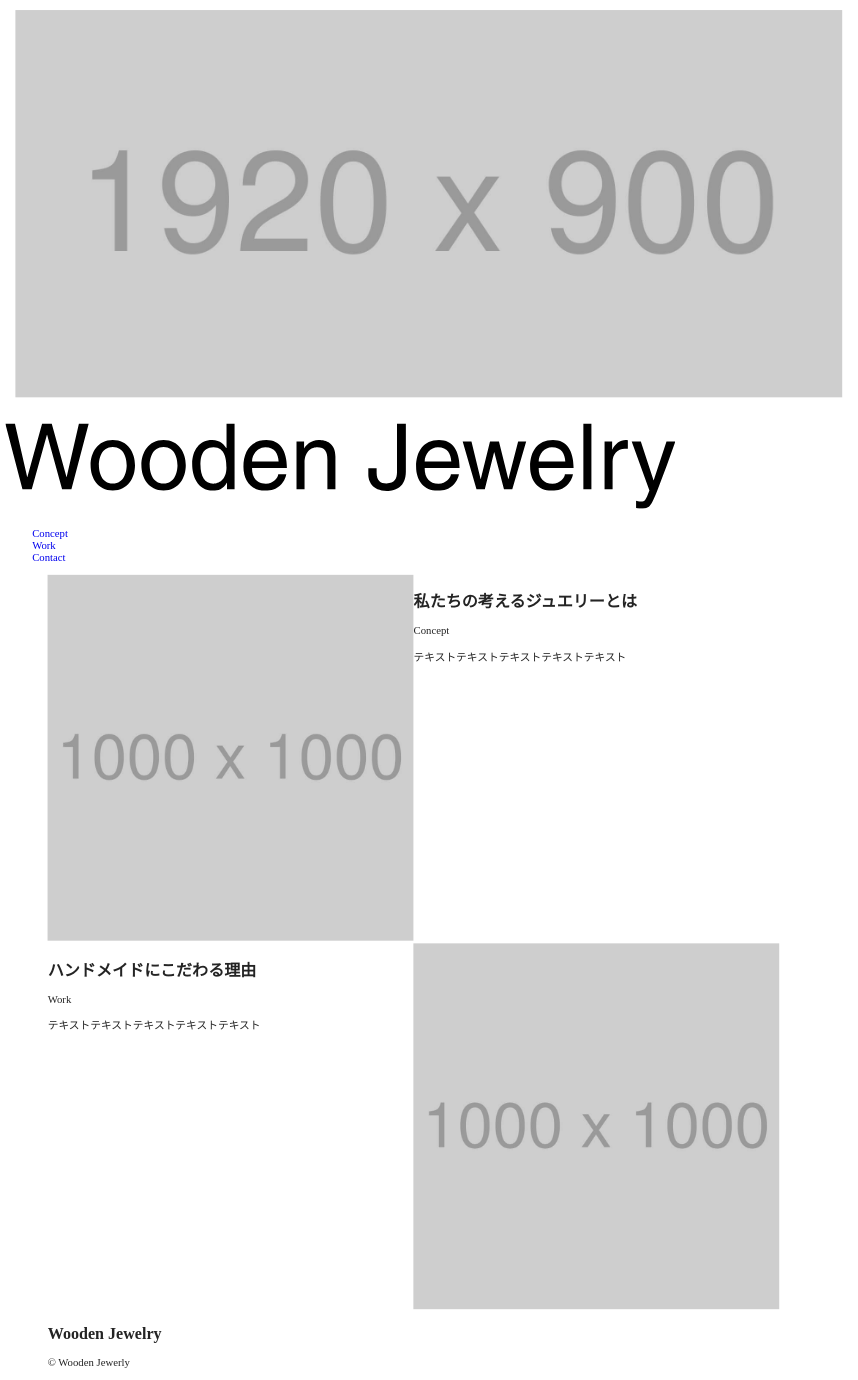
Repository: Fuki-san/jewelry
Page: http://localhost/jewelry
These files come from the project's save history. The page is drawn as it stood at one moment and after the next save; the edit follows.
The browser window is 1280 px wide. The pictures show the whole page, at 67% of full size.
The page is served by the project's Laravel application, run on PHP 8.4 with Laravel 10. Other server files are loaded and not shown.

Above is the page before, as saved 2023-11-25 14:29:24.

### routes/web.php
<?php

use Illuminate\Support\Facades\Route;

/*
|--------------------------------------------------------------------------
| Web Routes
|--------------------------------------------------------------------------
|
| Here is where you can register web routes for your application. These
| routes are loaded by the RouteServiceProvider and all of them will
| be assigned to the "web" middleware group. Make something great!
|
*/

Route::get('/', function () {
    return view('welcome');
});

Route::get('jewelry', function () {
    return view('jewelry');
});

### resources/views/jewelry.blade.php
@extends('layouts.main')

@section('title', 'jewelry')

@section('content')
    <div id="mainvisual">
        <img src="img/mainvisual.jpg">
    </div>
    <header id="header">
        <h1 class="site-title"><a href="#"><img src="img/logo.svg"></a></h1>
        <nav>
            <ul>
                <li><a href="#concept">Concept</a></li>
                <li><a href="#work">Work</a></li>
                <li><a href="mailto:xxx@xxx.xxx?subject=お問い合わせ">Contact</a></li>
            </ul>
        </nav>
    </header>

    <div class="container">
        <main>
            <section id="concept" class="content">
                <div class="img">
                    <img src="img/concept.jpg">
                </div>
                <div class="text">
                    <h2 class="section-title">私たちの考えるジュエリーとは</h2>
                    <span class="section-title-en">Concept</span>
                    <p>テキストテキストテキストテキストテキスト</p>
                </div>
            </section>

            <section id="work" class="content">
                <div class="text">
                    <h2 class="section-title">ハンドメイドにこだわる理由</h2>
                    <span class="section-title-en">Work</span>
                    <p>テキストテキストテキストテキストテキスト</p>
                </div>
                <div class="img">
                    <img src="img/work.jpg">
                </div>
            </section>
        </main>

        <footer id="footer">
            <h2 class="site-title">Wooden Jewelry</h2>
            <p class="copyright">&copy; Wooden Jewerly</p>
        </footer>
    </div>

@endsection

### resources/views/layouts/main.blade.php
<!DOCTYPE html>
<html lang="ja">
<head>
    <meta charset="UTF-8">
    <meta name="viewport" content="width=device-width, initial-scale=1.0">
    <meta http-equiv="X-UA-Compatible" content="ie=edge">
    <link rel="stylesheet" href="{{ asset('css/reset.css') }}">
    <link rel="stylesheet" href="{{ asset('css/style.css') }}">
    <link rel="icon" href="img/favicon.ico">
    <title>@yield('title')</title>
</head>
<body>
    @yield('content')
</body>
</html>

### public/css/style.css
html{
    font-size: 100%;
}
body{
    /* font-family: ; */
    color: #242424;
}
li{
    list-style: none;
}
a{
    text-decoration: none;
}
.container{
    padding: 0 5%;
}

img{
    max-width: 100%;
}
.content{
    display: flex;
}
.img{
    width: 48%;
}
.text{
    width: 48%;
}

#mainvisual{
    margin: 15px;
}

### public/img/logo.svg
<?xml version="1.0" encoding="utf-8"?>
<!-- Generator: Adobe Illustrator 15.1.0, SVG Export Plug-In . SVG Version: 6.00 Build 0)  -->
<!DOCTYPE svg PUBLIC "-//W3C//DTD SVG 1.1//EN" "http://www.w3.org/Graphics/SVG/1.1/DTD/svg11.dtd">
<svg version="1.1" id="レイヤー_1" xmlns="http://www.w3.org/2000/svg" xmlns:xlink="http://www.w3.org/1999/xlink" x="0px"
	 y="0px" width="1000px" height="140px" viewBox="0 0 1000 140" enable-background="new 0 0 1000 140" xml:space="preserve">
<g>
	<path d="M39.405,111.195H25.498L0,13.294h14.317l18.271,79.63h0.273l21.952-79.63h14.454l21.953,79.63h0.273l18.271-79.63h14.59
		l-25.771,97.901H84.674l-22.362-81.13H62.04L39.405,111.195z"/>
	<path d="M160.348,37.837c22.771,0,33.133,19.226,33.133,37.634c0,18.407-10.362,37.633-33.133,37.633
		c-22.771,0-33.134-19.226-33.134-37.633C127.214,57.063,137.577,37.837,160.348,37.837z M160.348,102.741
		c17.18,0,20.726-17.726,20.726-27.27c0-9.545-3.545-27.271-20.726-27.271c-17.181,0-20.725,17.726-20.725,27.271
		C139.623,85.015,143.167,102.741,160.348,102.741z"/>
	<path d="M236.16,37.837c22.771,0,33.133,19.226,33.133,37.634c0,18.407-10.362,37.633-33.133,37.633
		c-22.771,0-33.134-19.226-33.134-37.633C203.026,57.063,213.389,37.837,236.16,37.837z M236.16,102.741
		c17.18,0,20.726-17.726,20.726-27.27c0-9.545-3.545-27.271-20.726-27.271c-17.181,0-20.725,17.726-20.725,27.271
		C215.435,85.015,218.979,102.741,236.16,102.741z"/>
	<path d="M342.105,111.195h-11.318v-9.817h-0.272c-5.182,9.681-13.362,11.863-20.316,11.863c-24.271,0-31.361-22.771-31.361-39.815
		c0-20.044,10.772-35.588,29.724-35.588c12.954,0,18.408,8.045,21.271,12.136l0.273-0.955V13.294h12V111.195z M310.471,102.877
		c7.637,0,19.499-5.044,19.499-23.998c0-11.59-1.909-30.271-19.226-30.271c-18.544,0-19.499,17.59-19.499,26.725
		C291.245,91.015,297.381,102.877,310.471,102.877z"/>
	<path d="M419.28,88.833c-0.408,3.409-3.681,13.499-12.681,19.499c-3.272,2.181-7.908,4.909-19.362,4.909
		c-20.043,0-31.907-15.135-31.907-35.725c0-22.089,10.636-39.679,34.225-39.679c20.589,0,30.679,16.363,30.679,41.588h-52.086
		c0,14.862,6.954,23.452,20.726,23.452c11.317,0,17.998-8.727,18.408-14.044H419.28z M407.827,69.88
		c-0.682-11.044-5.317-21.271-19.907-21.271c-11.045,0-19.771,10.227-19.771,21.271H407.827z"/>
	<path d="M492.638,111.195h-11.999V67.29c0-12.408-3.545-18.681-15.271-18.681c-6.817,0-18.817,4.363-18.817,23.726v38.86h-11.998
		V39.882h11.317v10.09h0.273c2.59-3.818,9.271-12.136,21.543-12.136c11.044,0,24.952,4.5,24.952,24.816V111.195z"/>
	<path d="M554.132,79.697v6.818c0,11.726,5.591,15.953,14.727,15.953c12.271,0,15.68-7.363,15.68-16.908V13.294h13.227v71.449
		c0,22.907-14.999,29.043-28.225,29.043c-22.771,0-27.815-15.272-27.815-24.407v-9.681H554.132z"/>
	<path d="M676.985,88.833c-0.409,3.409-3.682,13.499-12.681,19.499c-3.272,2.181-7.908,4.909-19.362,4.909
		c-20.044,0-31.906-15.135-31.906-35.725c0-22.089,10.636-39.679,34.225-39.679c20.589,0,30.679,16.363,30.679,41.588h-52.086
		c0,14.862,6.954,23.452,20.726,23.452c11.317,0,17.998-8.727,18.407-14.044H676.985z M665.531,69.88
		c-0.681-11.044-5.316-21.271-19.906-21.271c-11.045,0-19.771,10.227-19.771,21.271H665.531z"/>
	<path d="M715.574,111.195h-12.407l-20.59-71.313h13.091l13.634,56.041h0.273l13.771-56.041h13.362l13.908,56.041h0.273
		l14.453-56.041h11.998l-20.725,71.313h-12.409l-14.453-55.223h-0.272L715.574,111.195z"/>
	<path d="M847.153,88.833c-0.409,3.409-3.682,13.499-12.681,19.499c-3.272,2.181-7.908,4.909-19.362,4.909
		c-20.044,0-31.906-15.135-31.906-35.725c0-22.089,10.635-39.679,34.225-39.679c20.589,0,30.679,16.363,30.679,41.588h-52.086
		c0,14.862,6.954,23.452,20.726,23.452c11.317,0,17.998-8.727,18.407-14.044H847.153z M835.699,69.88
		c-0.682-11.044-5.316-21.271-19.906-21.271c-11.045,0-19.771,10.227-19.771,21.271H835.699z"/>
	<path d="M874.695,111.195h-11.998V13.294h11.998V111.195z"/>
	<path d="M906.327,111.195h-11.999V39.882h11.318v11.863h0.271c4.772-8.318,11.045-13.909,20.045-13.909
		c1.499,0,2.181,0.137,3.135,0.409v12.408h-4.499c-11.182,0-18.271,8.727-18.271,19.09V111.195z"/>
	<path d="M986.774,39.882H1000c-8.317,23.316-16.499,46.633-25.634,69.949c-11.317,28.907-12.544,30.543-27.953,30.543
		c-1.772,0-3.135-0.545-5.044-1.091v-10.908c1.499,0.545,3.954,1.227,7.227,1.227c6.272,0,6.954-1.772,12.681-16.499l-26.453-73.221
		h13.636l18.953,58.086h0.273L986.774,39.882z"/>
</g>
</svg>

After the next save:
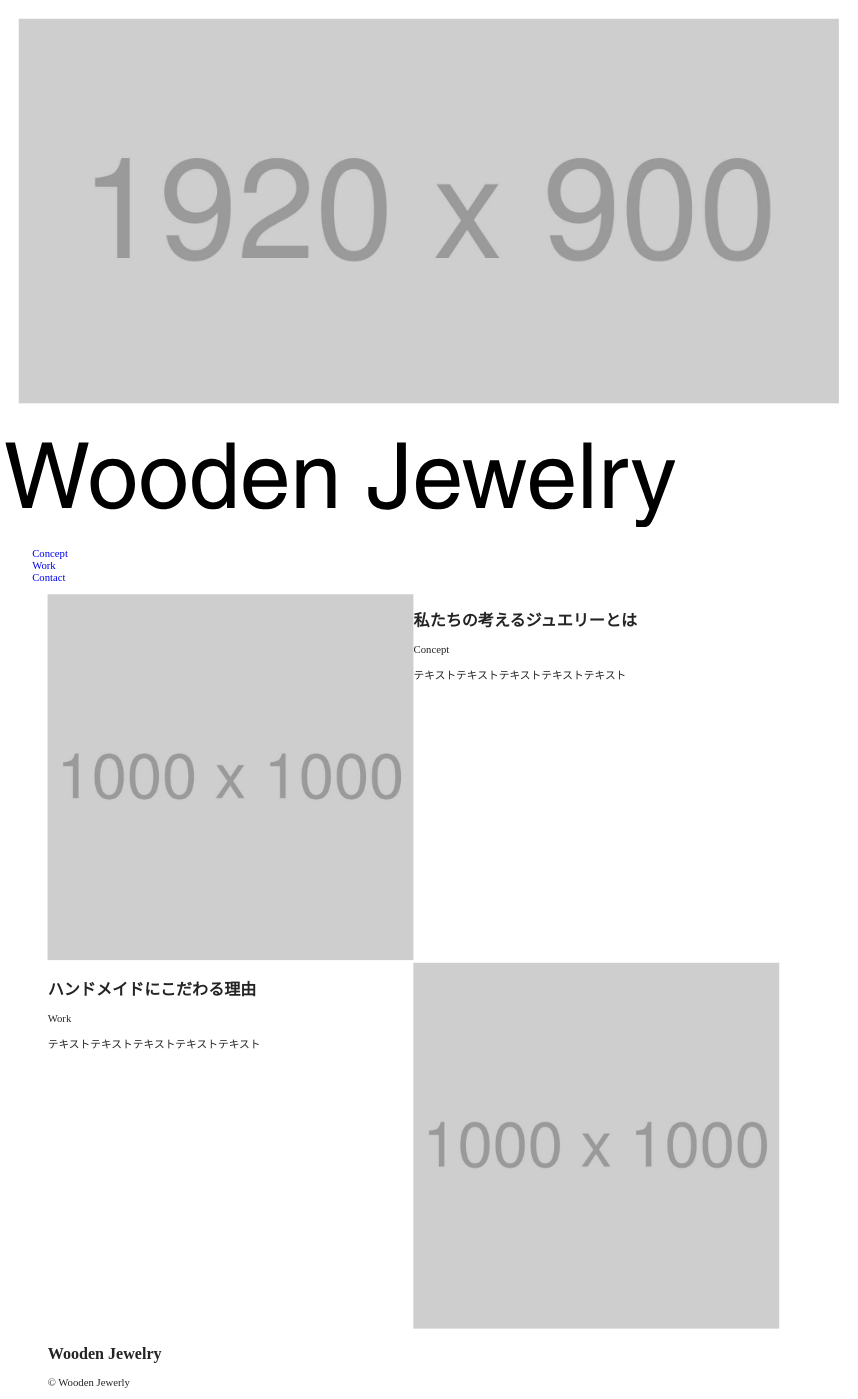
Saved 14 s later.
--- a/public/css/style.css
+++ b/public/css/style.css
@@ -29,5 +29,5 @@ img{
 }
 
 #mainvisual{
-    margin: 15px;
+    padding: 20px;
 }
